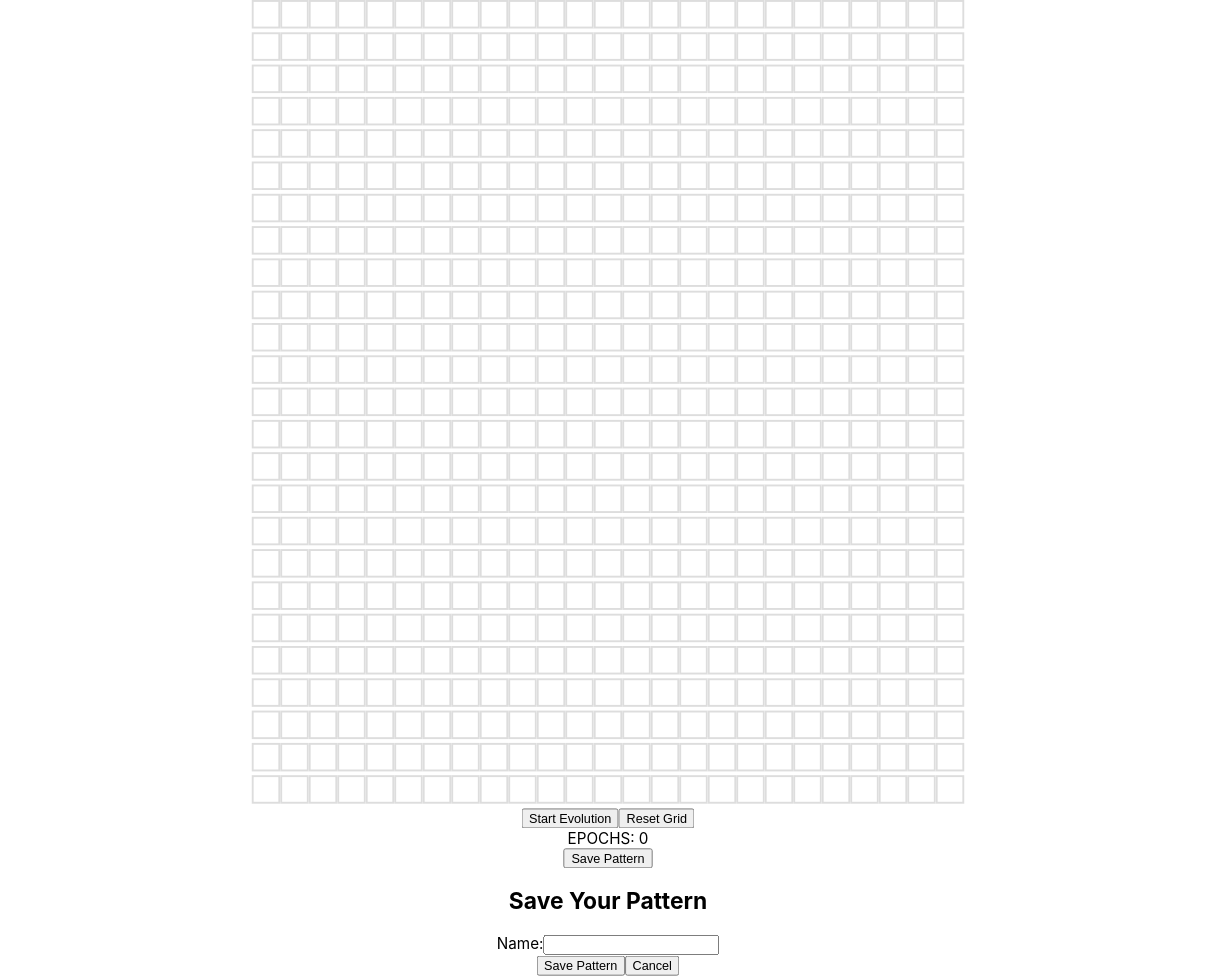
Repository: MarioDiekmann/GameOfLife
Page: /
The author's editor kept a copy of each file at every save. The page is drawn from the files as they stood at one save, then again after the next save.
The browser window is 1280 px wide. The pictures show the whole page, at 95% of full size.
The project was rebuilt for these pictures with package versions that can differ from the ones it lists, and the page was loaded fresh each time.

Above is the page before, as saved 2024-10-21 14:42:07.

### src/App.js
import React from 'react';
import { BrowserRouter as Router, Route, Routes } from 'react-router-dom';
import Game from './components/Game';
import './App.css';

function App() {
  return (
    <Router>
      <div className="App">
        <Routes>
          <Route path="/" element={<Game/>} />
        </Routes>
      </div>
    </Router>
  );
}

export default App;

### src/components/Game.js
import React, { useState, useEffect, useCallback, useRef } from "react";
import Cell from "./Cell";
import axios from "axios";
import InputForm from "./InputForm";

const Game = () => {
    const startingsize = 25;
    const [size, setSize] = useState(startingsize);
    const [epochs, setEpochs] = useState(0);
    const [isEvolving, setIsEvolving] = useState(false);
    const [initialPattern, setInitialPattern] = useState([]);

    const [isFormVisible, setIsFormVisible] = useState(false); // State to control form visibility

    const initGrid = () => Array.from({ length: size }, () => Array(size).fill(false));
    const [grid, setGrid] = useState(initGrid());

    const previousGridRef = useRef(grid); // Reference to hold the previous grid

    const toggleCellState = (row, col) => {
        setGrid(prevGrid => {
            const newGrid = prevGrid.map((r, i) =>
                r.map((cell, j) => (i === row && j === col ? !cell : cell))
            );
            return newGrid;
        });
    };

    const resetGrid = () => {
        setIsEvolving(false);
        setEpochs(0);
        setSize(prevSize => {
            const newGrid = Array.from({ length: startingsize }, () => Array(startingsize).fill(false));
            setGrid(newGrid);
            return startingsize;
        });
    };

    const renderGrid = () => {
        return grid.map((row, rowIndex) => (
            <div key={rowIndex} className="row">
                {row.map((cell, colIndex) => (
                    <Cell
                        key={`${rowIndex}-${colIndex}`}
                        isAlive={cell}
                        onClick={() => toggleCellState(rowIndex, colIndex)}
                    />
                ))}
            </div>
        ));
    };

    const countNeighboursAlive = useCallback((row, col) => {
        let count = 0;
        for (let i = row - 1; i <= row + 1; i++) {
            for (let j = col - 1; j <= col + 1; j++) {
                if ((i >= 0 && i < size) && (j >= 0 && j < size) && !(i === row && j === col)) {
                    count += grid[i][j] ? 1 : 0;
                }
            }
        }
        return count;
    }, [grid, size]);

    const updateGrid = useCallback(() => {
        let newGrid = grid.map((row, rowIndex) =>
            row.map((cell, colIndex) => {
                const gridCount = countNeighboursAlive(rowIndex, colIndex);
                return cell ? gridCount === 2 || gridCount === 3 : gridCount === 3;
            })
        );
        setGrid(newGrid);
        return newGrid;
    }, [countNeighboursAlive, grid]);

    const saveInitialPattern = () => {
        const deepCopy = grid.map(row => row.slice());
        setInitialPattern(deepCopy); // Save current grid as the initial pattern
        setIsFormVisible(true); // Show the form after saving the pattern
    };

    const runEpoch = useCallback(() => {
        const prevGrid = previousGridRef.current;
        const newGrid = updateGrid();

        const gridsAreEqual = prevGrid.every((row, i) =>
            row.every((cell, j) => cell === newGrid[i][j])
        );

        if (gridsAreEqual) {
            setIsEvolving(false);
            alert("You reached a stillstand");
            return true;
        }

        setEpochs(prevEpochs => prevEpochs + 1);
        previousGridRef.current = newGrid;
        return false;
    }, [updateGrid]);

    useEffect(() => {
        if (!isEvolving) return;

        const maxEpochs = 1000;
        let updatedEpochs = 0;

        const interval = setInterval(() => {
            if (updatedEpochs < maxEpochs) {
                const stillstand = runEpoch();
                if (stillstand) {
                    clearInterval(interval);
                }
                updatedEpochs++;
            } else {
                setIsEvolving(false);
                clearInterval(interval);
            }
        }, 2000);

        return () => clearInterval(interval);
    }, [isEvolving, runEpoch]);

    const startEvolution = () => {
        previousGridRef.current = grid;
        setIsEvolving(!isEvolving);
        saveInitialPattern(); // Save the pattern before starting evolution
    };

    const closeForm = () => {
        setIsFormVisible(false); // Hide the form when pattern is saved
    };

    return (
        <div>
            {renderGrid()}
            <button onClick={startEvolution}>
                {isEvolving ? "Stop Evolution" : "Start Evolution"}
            </button>
            <button className="reset-btn" onClick={resetGrid}>Reset Grid</button>
            <div>EPOCHS: {epochs}</div>

            <button onClick={saveInitialPattern}>Save Pattern</button>

            {/* Show the form conditionally */}
            <div className={isFormVisible ? "form-visible" : "form-hidden"}>
                <InputForm pattern={initialPattern} onSubmit={closeForm} />
            </div>
        </div>
    );
};

export default Game;

### src/components/Cell.js
import React from 'react';
import './Cell.css'

const Cell = ({ isAlive, onClick }) => {
  return (
    <div
      className={`cell ${isAlive ? 'alive' : 'dead'}`}
      onClick={onClick}
    ></div>
  );
};

export default Cell;

### src/components/InputForm.js
import React, { useState } from 'react';
import axios from 'axios';

const InputForm = ({ pattern, onSubmit }) => {  // Add onSubmit prop to close form
  const [formData, setFormData] = useState({
    Name: ''
  });

  const handleInputChange = (e) => {
    const { name, value } = e.target;
    setFormData({
      ...formData,
      [name]: value,
    });
  };

  const handleSubmit = async (e) => {
    e.preventDefault();

    const finalFormData = {
      Name: formData.Name,
      Pattern: pattern,  // Pass the pattern from props
      CreatedAt: new Date().toISOString(),
    };

    try {
      const response = await axios.post('http://localhost:5000/api/savePattern', finalFormData);
      if (response.status === 201) {
        console.log('Form submitted successfully');
        onSubmit(); // Close the form after successful submission
      } else {
        console.error('Error submitting form');
      }
    } catch (error) {
      console.error('Error submitting form:', error);
    }
  };

  return (
    <div>
      <h2>Save Your Pattern</h2>
      <form onSubmit={handleSubmit}>
        <div>
          <label htmlFor="name">Name:</label>
          <input
            type="text"
            id="name"
            name="Name"
            value={formData.Name}
            onChange={handleInputChange}
            required
          />
        </div>

        <div>
          <button type="submit">Save Pattern</button>
          <button type="button" onClick={onSubmit}>Cancel</button> {/* Close form on cancel */}
        </div>
      </form>
    </div>
  );
};

export default InputForm;

### src/components/Cell.css
.cell {
    width: 30px; /* Width of each cell */
    height: 30px; /* Height of each cell */
    display: inline-block; /* Align cells next to each other */
    border: 2px solid #ddd; /* Light border around each cell */
    box-sizing: border-box; /* Include padding and border in the element's total width and height */
    transition: background-color 0.3s; /* Smooth transition for background color */
  }

  .cell.alive {
    background-color: black; /* Green for living cells */
  }

  .cell.dead {
    background-color: white; /* Red for dead cells */
  }

Loaded but not shown: public/index.html (common file); src/index.js (common file); src/index.css (common file); src/reportWebVitals.js (common file); src/App.css (common file)

After the next save:
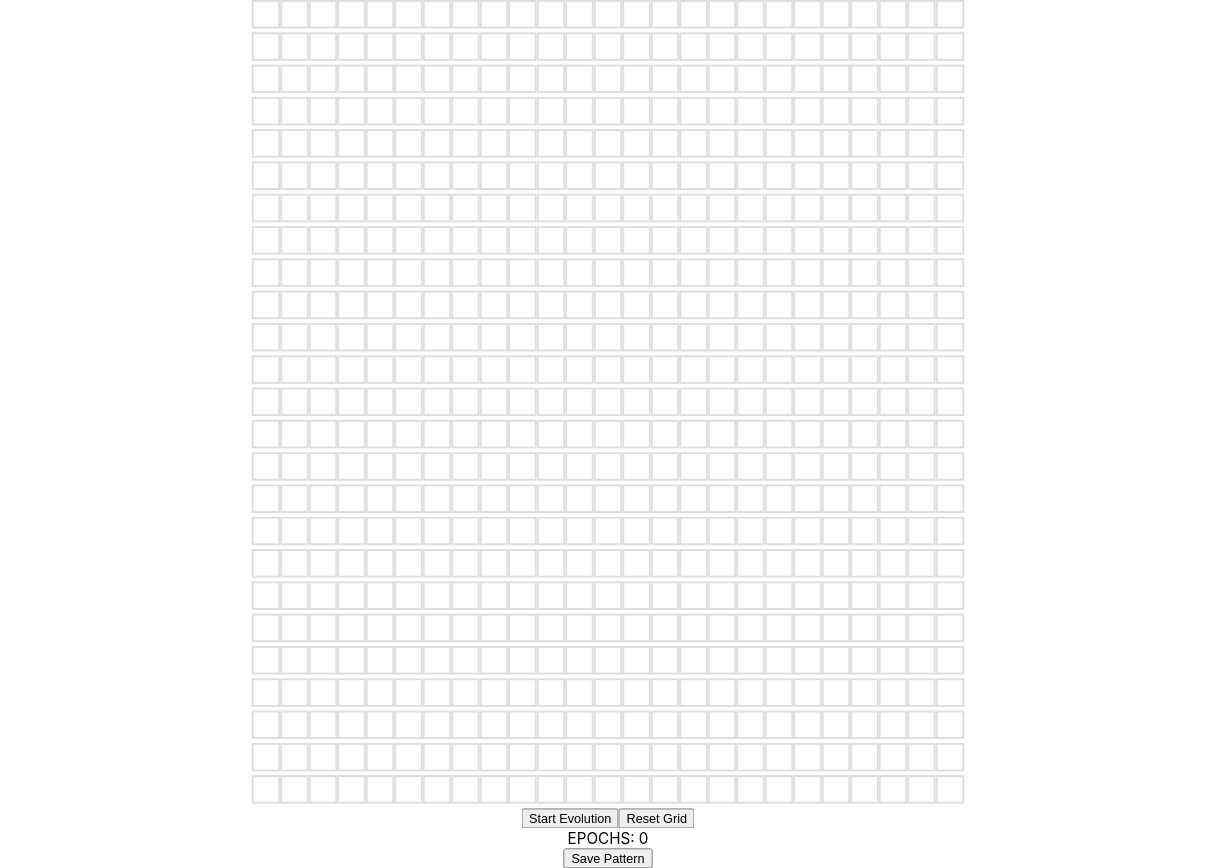
Saved 7 min 47 s later.
--- a/src/components/Game.js
+++ b/src/components/Game.js
@@ -142,9 +142,13 @@ const Game = () => {
             <button onClick={saveInitialPattern}>Save Pattern</button>
 
             {/* Show the form conditionally */}
-            <div className={isFormVisible ? "form-visible" : "form-hidden"}>
-                <InputForm pattern={initialPattern} onSubmit={closeForm} />
-            </div>
+            {isFormVisible && (
+                <div className="popup-overlay">
+                    <div className="popup-content">
+                        <InputForm pattern={initialPattern} onSubmit={closeForm} />
+                    </div>
+                </div>
+            )}
         </div>
     );
 };

After the save that followed:
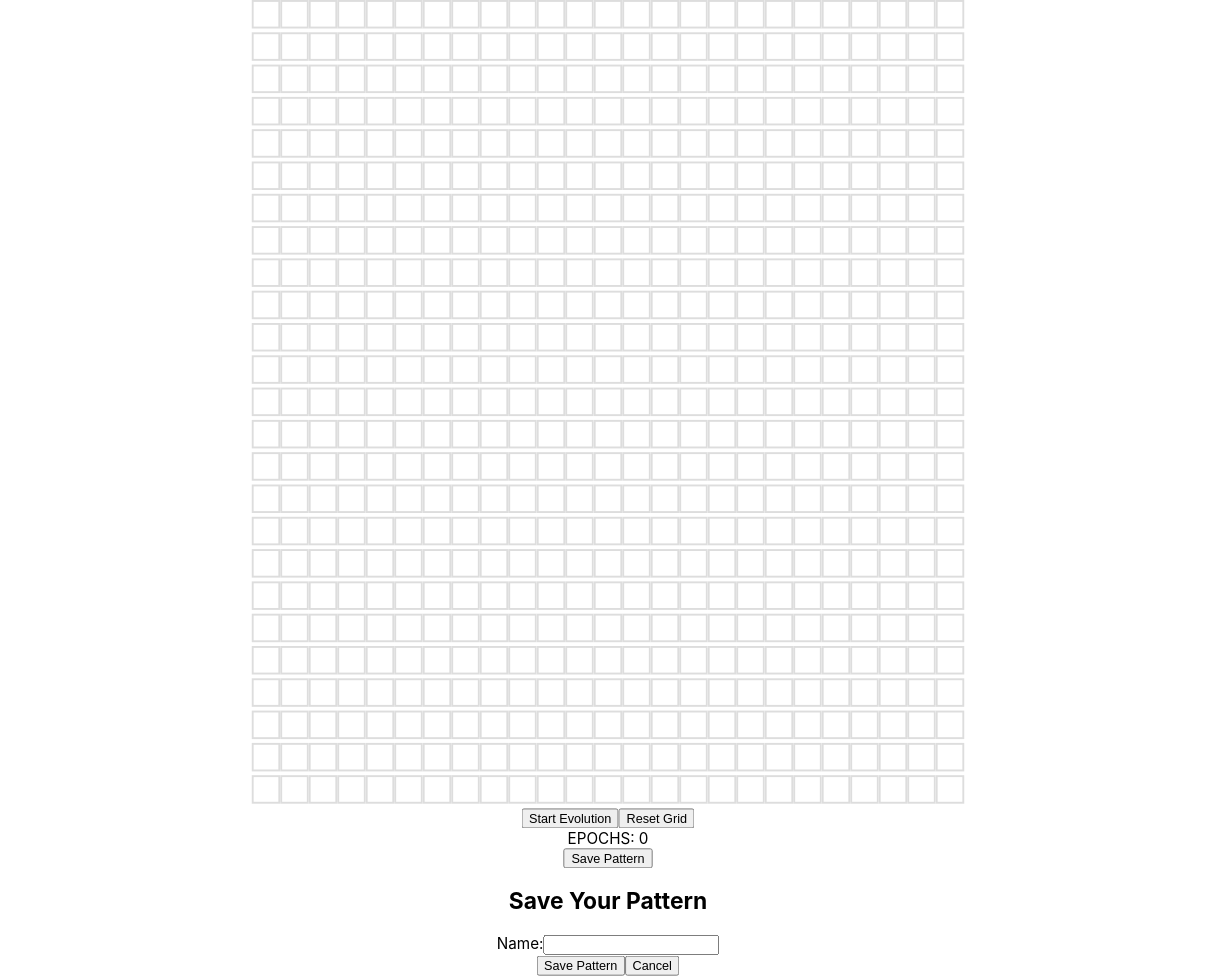
Saved 26 s later.
--- a/src/components/Game.js
+++ b/src/components/Game.js
@@ -10,7 +10,7 @@ const Game = () => {
     const [isEvolving, setIsEvolving] = useState(false);
     const [initialPattern, setInitialPattern] = useState([]);
 
-    const [isFormVisible, setIsFormVisible] = useState(false); // State to control form visibility
+    const [isFormVisible, setIsFormVisible] = useState(true); // State to control form visibility
 
     const initGrid = () => Array.from({ length: size }, () => Array(size).fill(false));
     const [grid, setGrid] = useState(initGrid());
